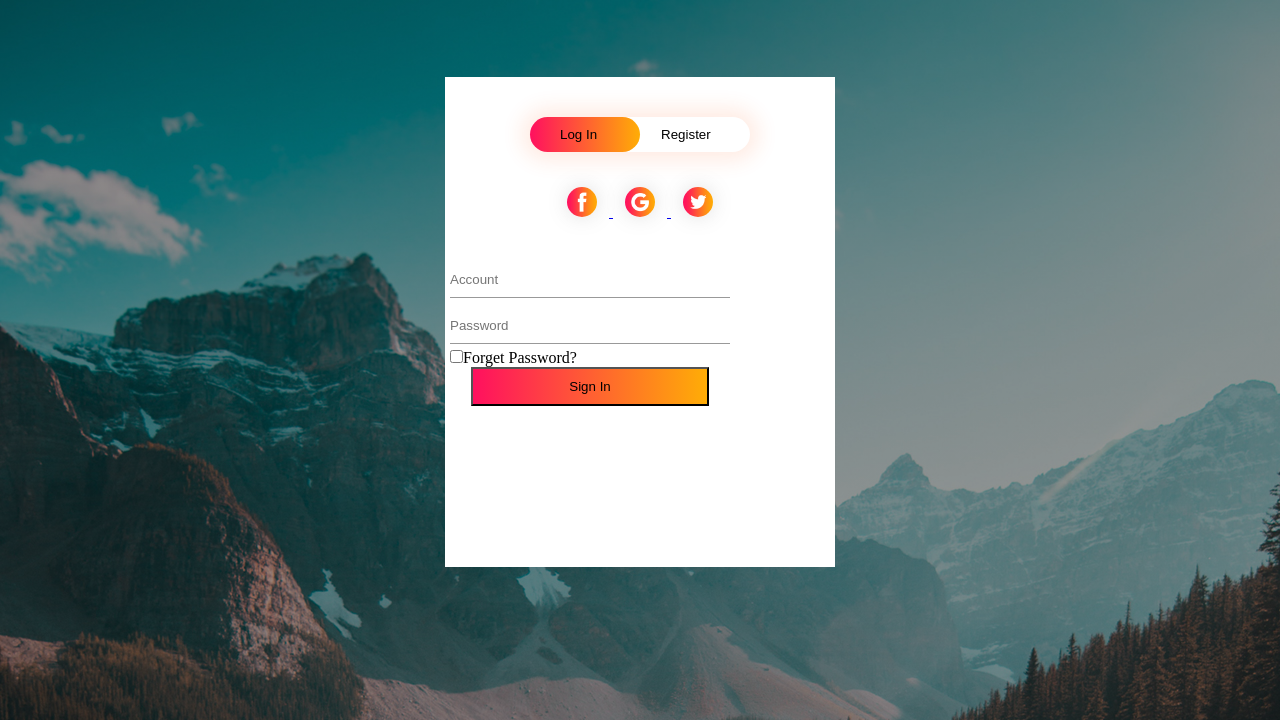
Repository: dung8466/Sign_in_page
Page: index.html
The author's editor kept a copy of each file at every save. The page is drawn from the files as they stood at one save, then again after the next save.
The browser window is 1280 px wide. The pictures show the whole page.

Above is the page before, as saved 2021-10-06 22:37:53.

After the next save:
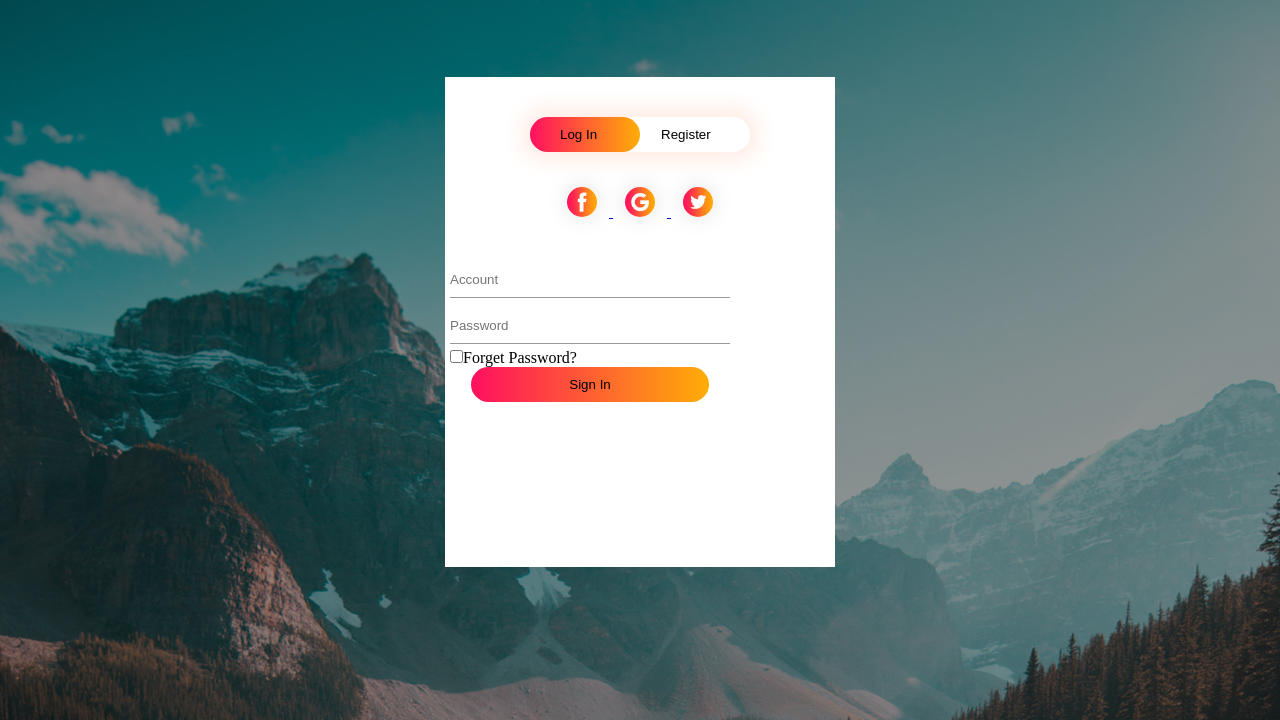
Saved 33 s later.
--- a/style.css
+++ b/style.css
@@ -87,4 +87,7 @@
     display: block;
     margin: auto;
     background: linear-gradient(to right,#ff105f,#ffad06);
+    border: 0;
+    outline: none;
+    border-radius: 30px;
 }
